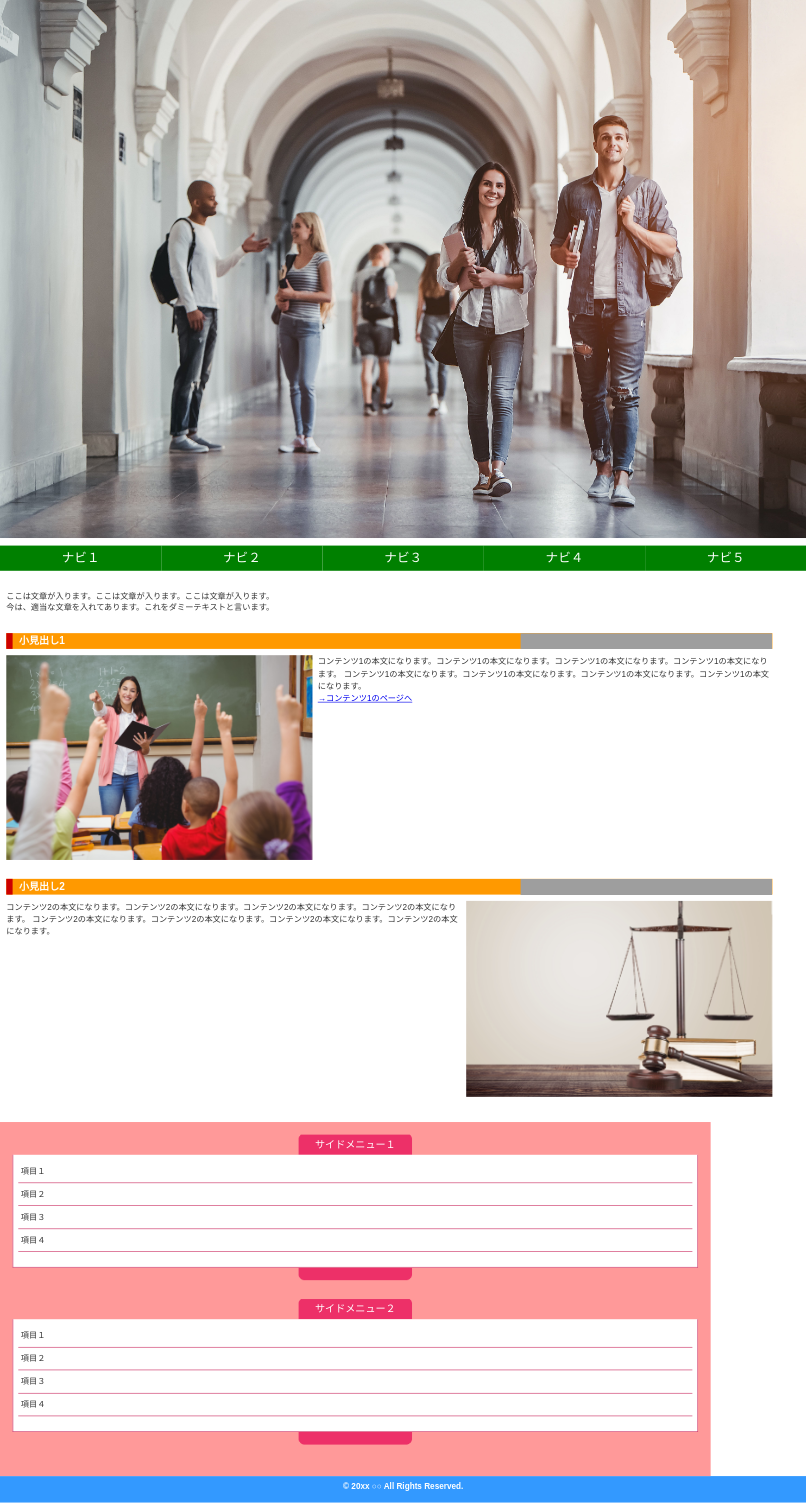
Repository: Takumi-Sashiki/samurai_HTML-CSS
Page: samurai/home.html
The author's editor kept a record of every edit. The page is drawn from the files as they stood at one moment, then again after the next edit.
The browser window is 1280 px wide. The pictures show the whole page, at 63% of full size.
Pictures or frames that could not be fetched are drawn as grey boxes.

Above is the page before.

After the next edit:
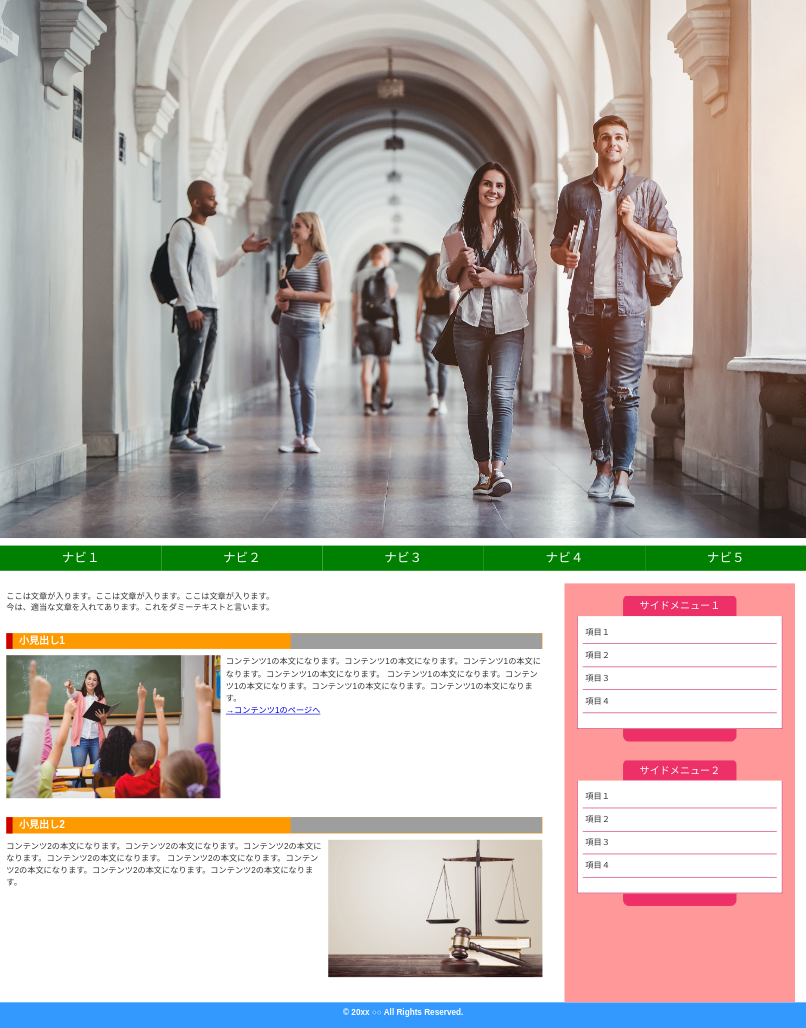
The edit:
--- a/samurai/stylesheet.css
+++ b/samurai/stylesheet.css
@@ -81,7 +81,7 @@
 	padding: auto;
 	padding-top: 20px;
 	clear: both;
-	display: grid
+	display: grid;
 	grid-template-columns: 70vw 30vw;
 }
 /*--------main--------*/
